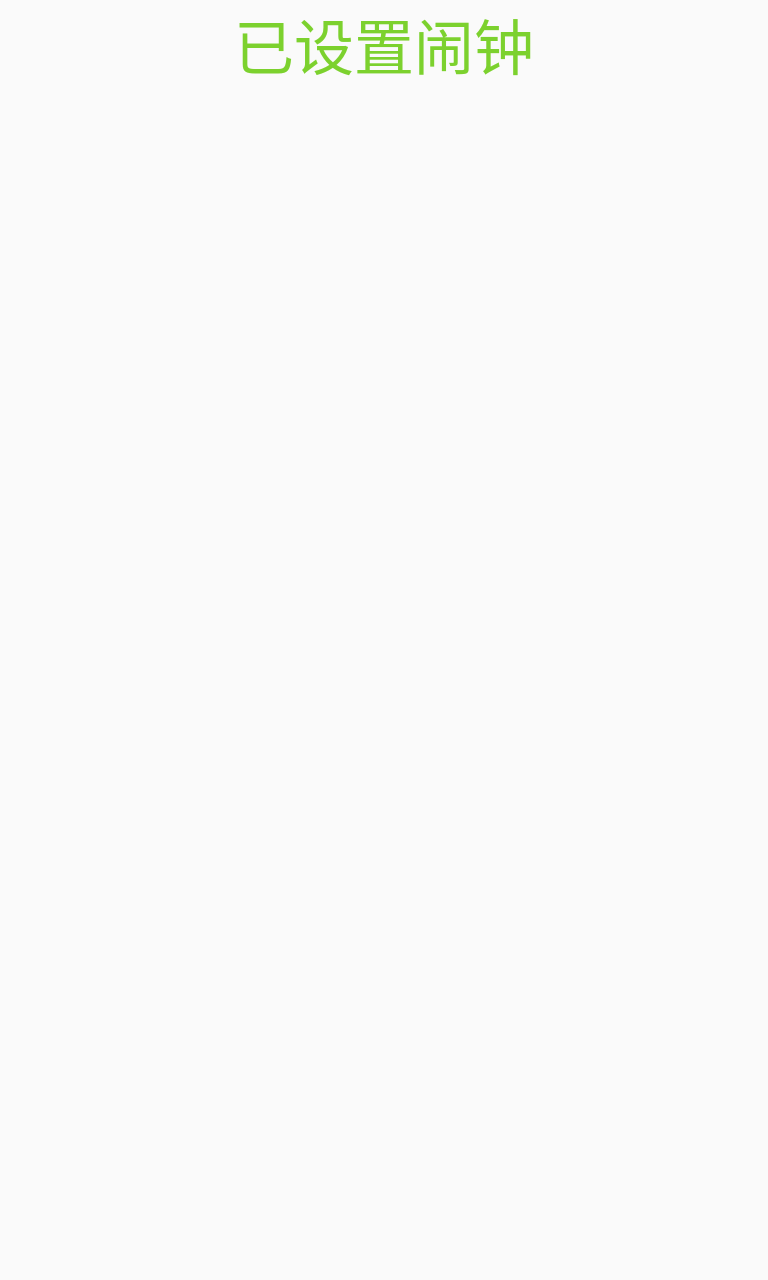
Repository: BigBug2014/BigBugAlarm
Layout: SmileAlarmTask/SmileAlarmTask/res/layout/display.xml
These files come from the project's save history. The layout is drawn as it stood at one moment and after the next save; the edit follows.
It is drawn on a 768 x 1280 px phone screen (xhdpi) without system bars, with theme AppTheme; the app's code is not run. Lists and similar views that code fills are empty.

Above is the layout before, as saved 2014-12-18 15:06:08.

### SmileAlarmTask/SmileAlarmTask/res/layout/display.xml
<RelativeLayout
    xmlns:android="http://schemas.android.com/apk/res/android"
	android:layout_width="fill_parent"
 	android:layout_height="fill_parent">
 	<!-- 添加一个ListView控件 -->
	<TextView
	    android:id="@+id/text_display"
	    android:layout_width="wrap_content"
	    android:layout_height="wrap_content"
	    android:text="@string/clock_setted"
	    android:textColor="@drawable/lightgreen"
	    android:layout_centerHorizontal="true"
	    android:layout_alignParentTop="true"
	    android:textSize="30sp" />
	<LinearLayout
        android:layout_width="fill_parent"
        android:layout_height="wrap_content"
        android:layout_below="@+id/text_display"
        android:baselineAligned="false"
        android:background="#00FF00">
        <ListView
 	    	android:id="@+id/MyListView"
 	    	android:layout_width="0dip"
 	    	android:layout_height="wrap_content"
 	    	android:layout_weight="1"
            android:background="#FFFFFF" >
        </ListView>
    </LinearLayout>



  </RelativeLayout>
  <!-- <Button
 	    android:id="@+id/newClock"
 	    android:layout_width="fill_parent"
 	    android:layout_height="wrap_content"
 	    android:layout_alignParentBottom="true"
 	    android:layout_alignParentLeft="true"
 	    android:text="@string/clock_show"
 	    android:textColor="@drawable/azure"
 	    android:textSize="20sp" /> -->

### SmileAlarmTask/SmileAlarmTask/res/values/strings.xml
<?xml version="1.0" encoding="utf-8"?>
<resources>

    <string name="app_name">Smile Alarm</string>
    <string name="hello_world">Hello world!</string>
    <string name="action_settings">Settings</string>
    <string name="clock_show">查看已有闹钟</string>
    <string name="clock_setted">"已设置闹钟"</string>
	<string name="hello">Hello World, EX06_10</string>
	<string name="str_button1">设置闹钟</string>
	<string name="str_button2">删除闹钟</string>
	<string name="str_buttonS">Setting</string>
	<string name="str_title1">只响一次的闹钟</string>
	<string name="str_title2">重复响起的闹钟</string>
	<string name="str_default">目前无设置</string>
	<string name="str_text1">开始时间</string>
	<string name="str_text2">重复响起的闹钟</string>
	<string name="str_text3">秒</string>
	<string name="list1_name">List1</string>
    <!-- This part is for the xml of setting activity -->
	<string name="str_melody">选择铃声</string>
	<string name="str_mode">选择模式</string>
	<string name="str_info">关于闹钟</string>
	<string name="str_right">Copyright reserved by BigBug Team, 2014</string>
	<string name="str_info1">本软件旨在将模式识别、人机交互引入传统闹钟，对唤醒方式进行革新，令你开心面对每一天！</string>
	<string name="str_info2">通过设置按钮，你可以更改闹铃曲目，勾选对应条目前的方框以启用闹钟解锁方式；通过新闹钟按钮，你可以设置新的闹钟时间，你最多可同时拥有三个闹钟。</string>
	<string name="str_return">返回</string>
	<string name="str_cb1">微笑解锁</string>
	<string name="str_cb2">声音解锁</string>
	<string name="str_cb3">文本解锁</string>
	<string name="face_button">表情解锁</string>
	<string name="voice_button">声音解锁</string>
    <string name="fix_button">默认解锁</string>
</resources>

### SmileAlarmTask/SmileAlarmTask/res/values/color.xml
<?xml version="1.0" encoding="utf-8"?>
<resources>
	<drawable name="white">#FFFFFFFF</drawable><!--白色 -->
	<drawable name="black">#000000</drawable>
	<drawable name="blue">#0000FF</drawable>
	<drawable name="red">#FF0000</drawable>
	<drawable name="lightgreen">#7cd12e</drawable>
	<drawable name="darkgray">#808080FF</drawable>
	<drawable name="beige">#F5F5DC</drawable><!--米色 -->
	<drawable name="azure">#F0FFFF</drawable><!--天蓝色 -->
	<drawable name="yellow">#FFFF00</drawable><!--黄色 -->
	<drawable name="bisque">#FFE4C4</drawable><!--桔黄色 -->
	<drawable name="gold">#FFD700</drawable><!--金色 -->
	<drawable name="pink">#FFC0CB</drawable><!--粉红色 -->
</resources>

Loaded but not shown: SmileAlarmTask/SmileAlarmTask/res/values/styles.xml (common file); SmileAlarmTask/SmileAlarmTask/res/values-v11/styles.xml (common file); SmileAlarmTask/SmileAlarmTask/res/values-v14/styles.xml (common file)

After the next save:
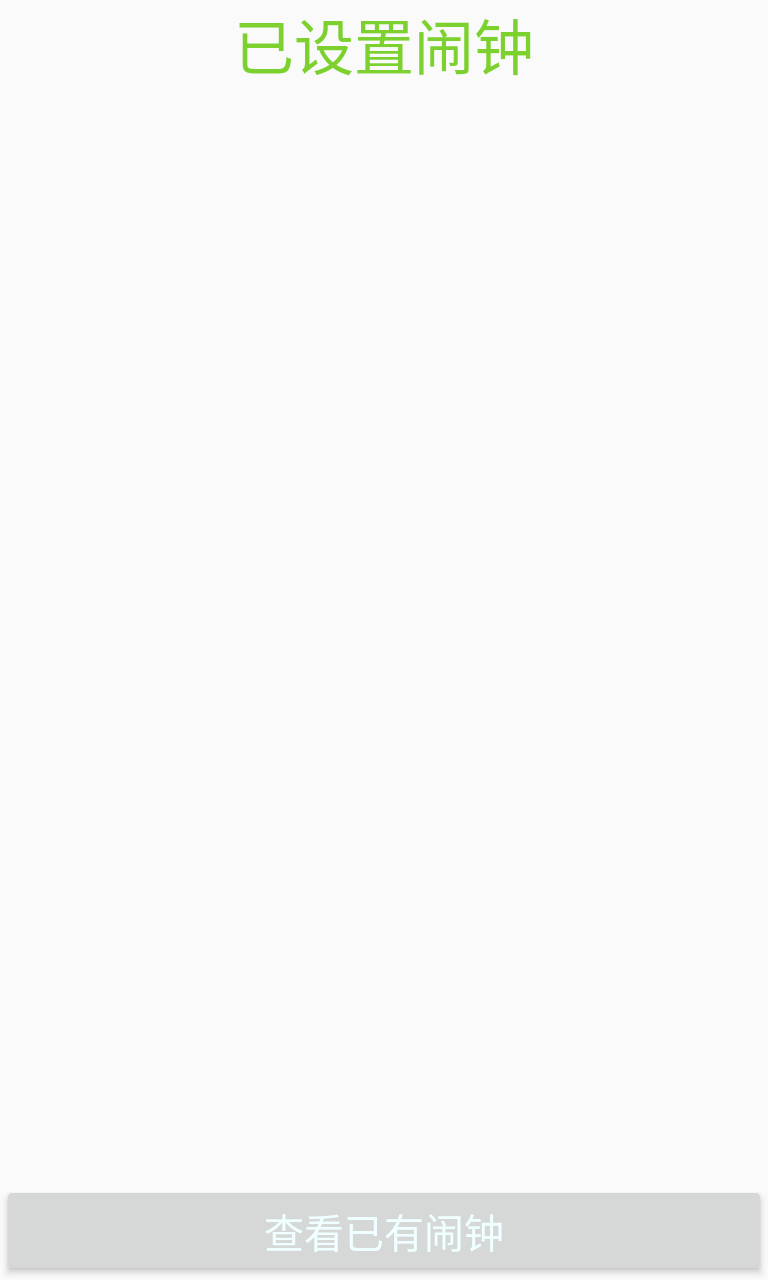
Saved 19 s later.
--- a/SmileAlarmTask/SmileAlarmTask/res/layout/display.xml
+++ b/SmileAlarmTask/SmileAlarmTask/res/layout/display.xml
@@ -26,11 +26,7 @@
             android:background="#FFFFFF" >
         </ListView>
     </LinearLayout>
-
-
-
-  </RelativeLayout>
-  <!-- <Button
+ 	<Button
  	    android:id="@+id/newClock"
  	    android:layout_width="fill_parent"
  	    android:layout_height="wrap_content"
@@ -38,4 +34,16 @@
  	    android:layout_alignParentLeft="true"
  	    android:text="@string/clock_show"
  	    android:textColor="@drawable/azure"
- 	    android:textSize="20sp" /> -->
+ 	    android:textSize="20sp" />
+
+
+  </RelativeLayout>
+  <Button
+ 	    android:id="@+id/newClock"
+ 	    android:layout_width="fill_parent"
+ 	    android:layout_height="wrap_content"
+ 	    android:layout_alignParentBottom="true"
+ 	    android:layout_alignParentLeft="true"
+ 	    android:text="@string/clock_show"
+ 	    android:textColor="@drawable/azure"
+ 	    android:textSize="20sp" />
